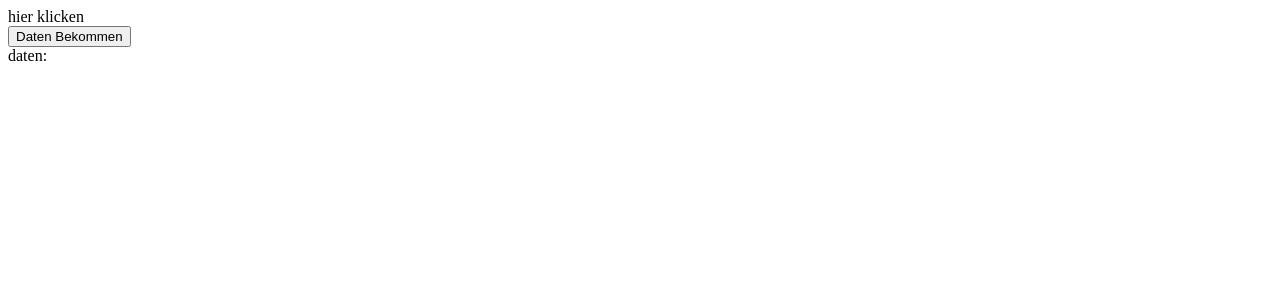
Repository: BKMaster94/Proggen_testat_2
Page: Proggen_testat_2/HTML/test.html
An editor plug-in stored every save of this project. The page is shown before and after the next save, followed by the edit.
The browser window is 1280 px wide. The pictures show the whole page.
Some web libraries are served in a nearby version.

Above is the page before, as saved 2017-06-13 18:53:41.

After the next save:
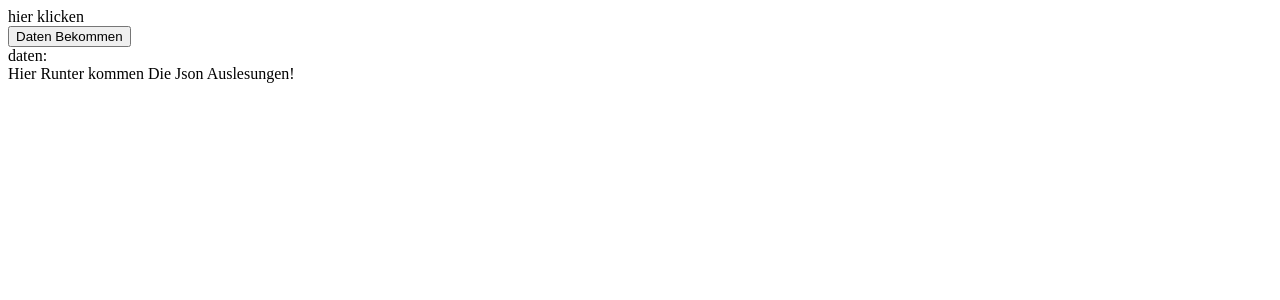
Saved 20 s later.
--- a/Proggen_testat_2/HTML/test.html
+++ b/Proggen_testat_2/HTML/test.html
@@ -8,6 +8,10 @@
 	<button id="butt">Daten Bekommen</button>
 	<div id="ziel">daten: </div>
 
+
+<div>
+Hier Runter kommen Die Json Auslesungen!
+</div>
 </body>
 </html>
 <script src="/Ajax/testAuslagerung.js"></script>
